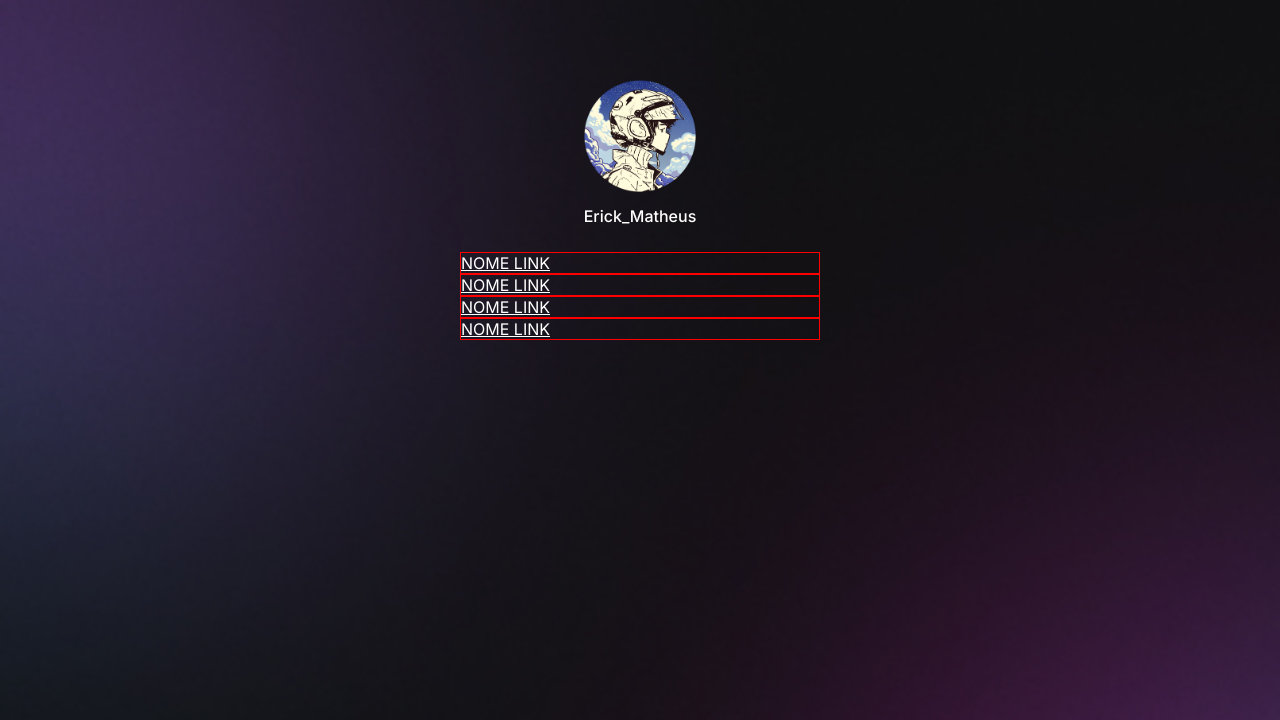
Repository: e-rickmatheus/project_dev_links
Page: index.html
These files come from the project's save history. The page is drawn as it stood at one moment and after a run of saves; the edit follows.
The browser window is 1280 px wide. The pictures show the whole page.

Above is the page before, as saved 2025-04-02 20:41:33.

### index.html
<!DOCTYPE html>
<html lang="pt-BR">
<head>

<link rel="preconnect" href="https://fonts.googleapis.com">
<link rel="preconnect" href="https://fonts.gstatic.com" crossorigin>
<link href="https://fonts.googleapis.com/css2?family=Inter:wght@400;500&display=swap" rel="stylesheet">
  <meta charset="UTF-8">
  <meta name="viewport" content="width=device-width, initial-scale=1.0">
  <title>DEV.Links</title>
  <link rel="stylesheet" href="./style.css">
  <a></a>
</head>
<body>

  <div id="container">
    <div id="profile">
      <img id="avatar" src="./assets/avatar-pilot-day.png" alt="avatar-light">
      <p>Erick_Matheus</p>
    </div>
  <ul>
    <li>
      <a href="#" target="_blank">NOME LINK</a>
    </li>
    <li>
        <a href="#" target="_blank">NOME LINK</a>
    </li>
    <li>
        <a href="#" target="_blank">NOME LINK</a>
    </li>
    <li>
        <a href="#" target="_blank">NOME LINK</a>
    </li>
  </ul>
  </div>


</body>
</html>

### style.css
* {  /* *: todos os elementos */
  margin: 0;
  padding: 0;
  box-sizing: border-box; /* border-box: altura e largura do elemento é o mesmo que o tamanho definido */
}

body { /* body: corpo do documento */
  /*
  background-image: url(./assets/bg-mobile.jpg);
  background-repeat: no-repeat;
  background-position: top center;
  background-size: cover;
  */


  background: url(./assets/bg-mobile.jpg) no-repeat top center/cover;
  /* background: cor imagem repetição posição/tamanho */
}

body * { /* todos os elementos dentro do body */
  font-family: 'Inter', sans-serif;
  color: #ffffff

}

#container {
  width:  360px;
  margin: 56px auto 0px;
  display: block;
}

#profile {
  text-align: center;
  padding: 24px;
}

#profile img {
  width: 112px;
}

#profile p {
  font-weight: 500;
  line-height: 24px;
  margin-top: 8px;
}





/*links*/
ul {
  list-style: none;
  display:
}

ul li a {
  display: flex;
  border: 1px solid red;
}

After the next 2 saves:
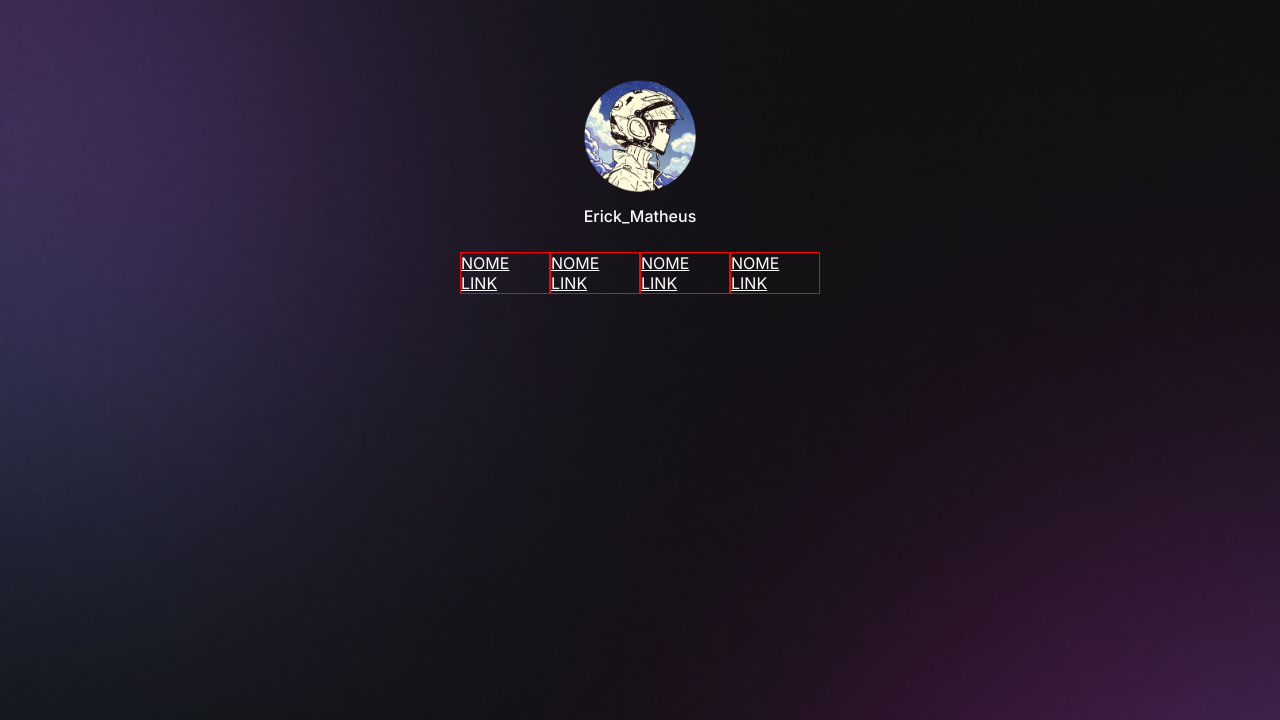
The 2 saves are shown as one change because they came seconds apart.
The last was saved 8 s later.
--- a/style.css
+++ b/style.css
@@ -51,7 +51,8 @@
 /*links*/
 ul {
   list-style: none;
-  display:
+  display: flex;
+  flex
 }
 
 ul li a {

After the 3 saves that followed:
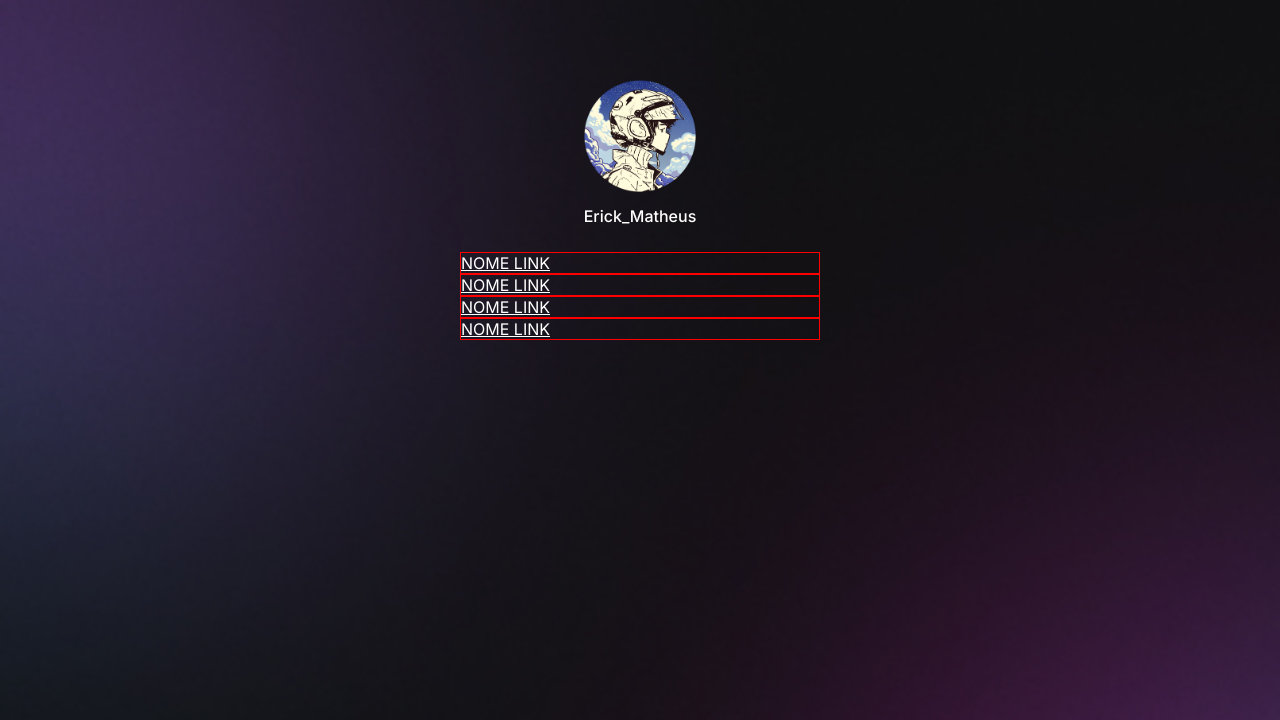
The 3 saves are shown as one change because 1 left the picture as it was and some came seconds apart.
The last was saved 12 s later.
--- a/style.css
+++ b/style.css
@@ -52,7 +52,7 @@
 ul {
   list-style: none;
   display: flex;
-  flex
+  flex-direction: column;
 }
 
 ul li a {
